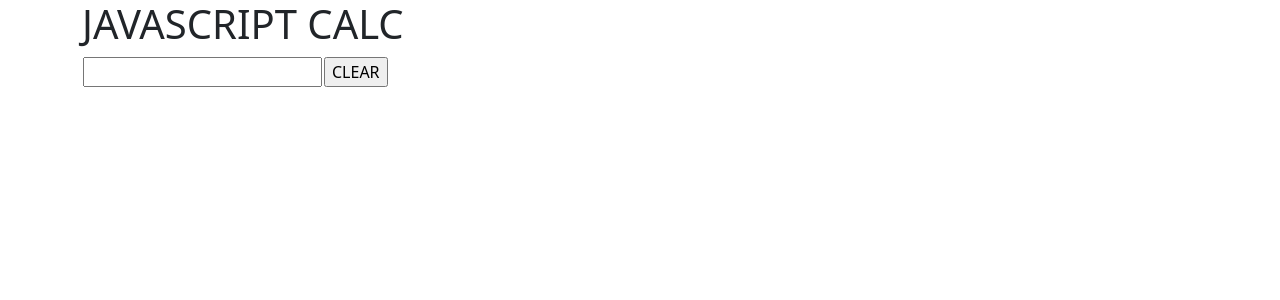
Repository: harryninja/14JsReact
Page: CalcJS/index.html
An editor plug-in stored every save of this project. The page is shown before and after the next save, followed by the edit.
The browser window is 1280 px wide. The pictures show the whole page.

Above is the page before, as saved 2022-03-08 22:40:29.

### CalcJS/index.html
<!DOCTYPE html>
<html lang="en">

<head>
    <meta charset="UTF-8">
    <meta http-equiv="X-UA-Compatible" content="IE=edge">
    <meta name="viewport" content="width=device-width, initial-scale=1.0">
    <title>JSCalculator</title>
    <!-- JavaScript Bundle with Popper -->
    <script src="https://cdn.jsdelivr.net/npm/bootstrap@5.1.3/dist/js/bootstrap.bundle.min.js"
        integrity="sha384-ka7Sk0Gln4gmtz2MlQnikT1wXgYsOg+OMhuP+IlRH9sENBO0LRn5q+8nbTov4+1p" crossorigin="anonymous">
    </script>
    <!-- CSS only -->
    <link href="https://cdn.jsdelivr.net/npm/bootstrap@5.1.3/dist/css/bootstrap.min.css" rel="stylesheet"
        integrity="sha384-1BmE4kWBq78iYhFldvKuhfTAU6auU8tT94WrHftjDbrCEXSU1oBoqyl2QvZ6jIW3" crossorigin="anonymous">
</head>

<body>
    <div class="container">
        <div class="row">
            <div class="col-md-6">
                <h1>JAVASCRIPT CALC</h1>
                <table>
                    <tr>
                        <td colspan="3"><input type="text" id="textarea"></td>
                        <td><input type="button" value="CLEAR"></td>
                    </tr>
                </table>
            </div>
        </div>
    </div>
</body>

</html>

After the next save:
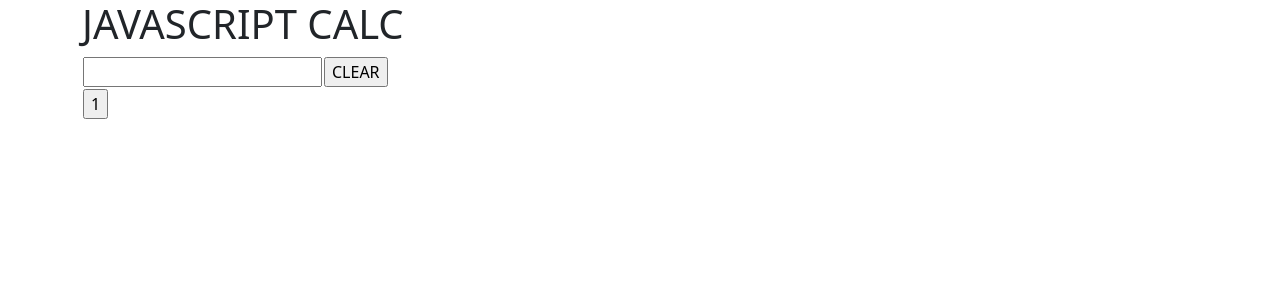
Saved 40 s later.
--- a/CalcJS/index.html
+++ b/CalcJS/index.html
@@ -25,6 +25,9 @@
                         <td colspan="3"><input type="text" id="textarea"></td>
                         <td><input type="button" value="CLEAR"></td>
                     </tr>
+                    <tr>
+                        <td><input type="button" value="1"></td>
+                    </tr>
                 </table>
             </div>
         </div>
